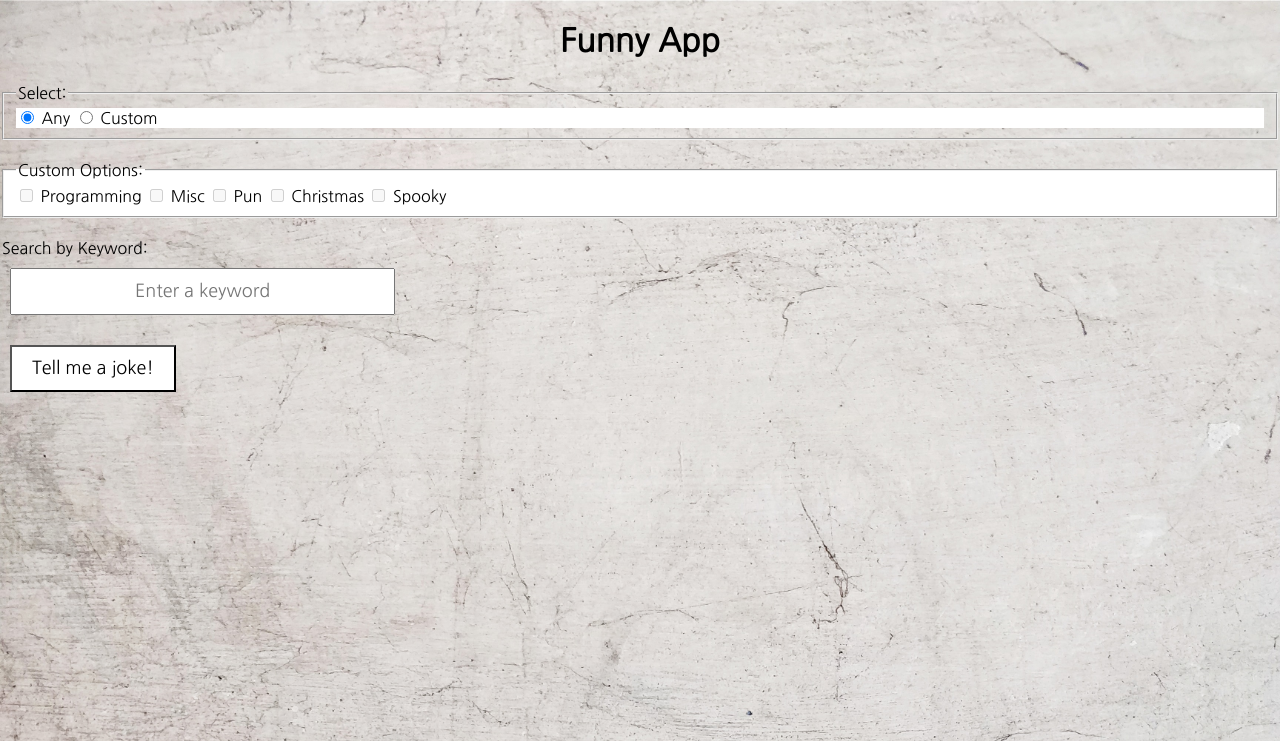
Repository: kaitlynMidori/dadJokeApi
Page: index.html
An editor plug-in stored every save of this project. The page is shown before and after the next save, followed by the edit.
The browser window is 1280 px wide. The pictures show the whole page.
Some web libraries are served in a nearby version.

Above is the page before, as saved 2021-01-08 12:13:21.

After the next save:
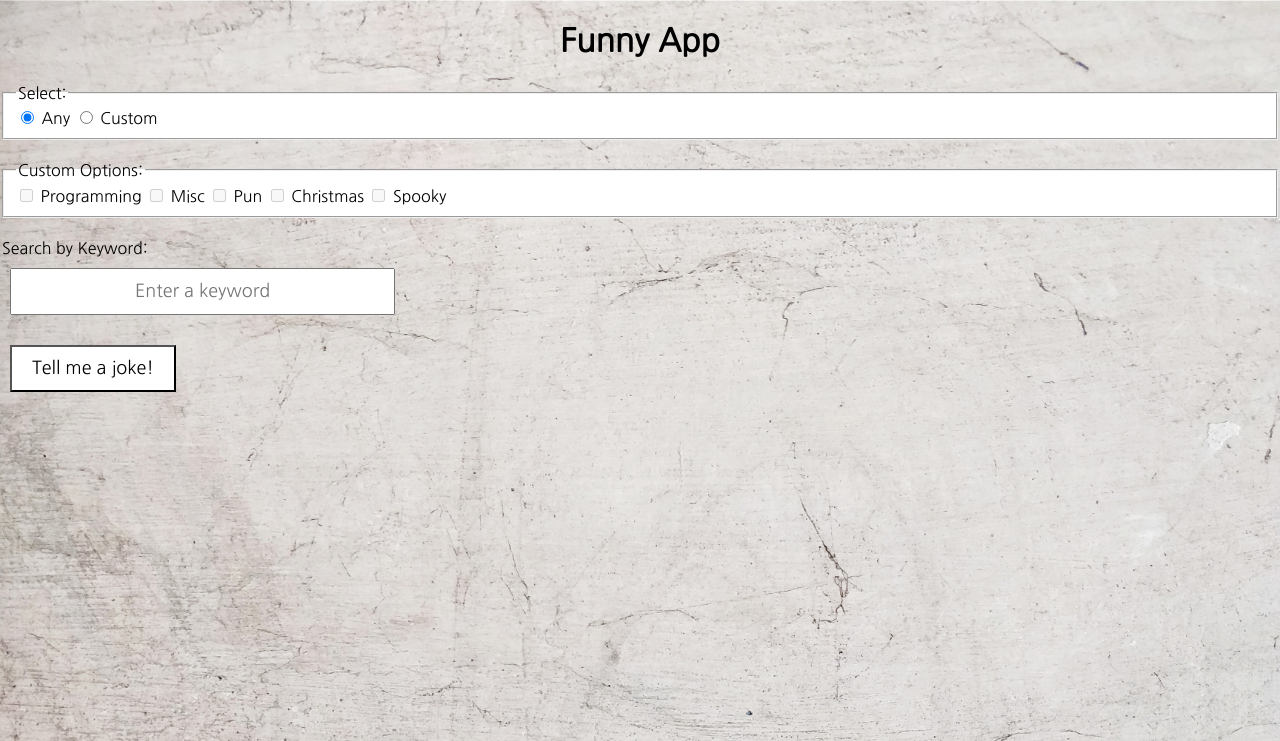
Saved 10 s later.
--- a/style.css
+++ b/style.css
@@ -56,6 +56,6 @@ button{
     background-color: white;
 }
 
-#form-check {
+#select {
     background-color: white;
 }
